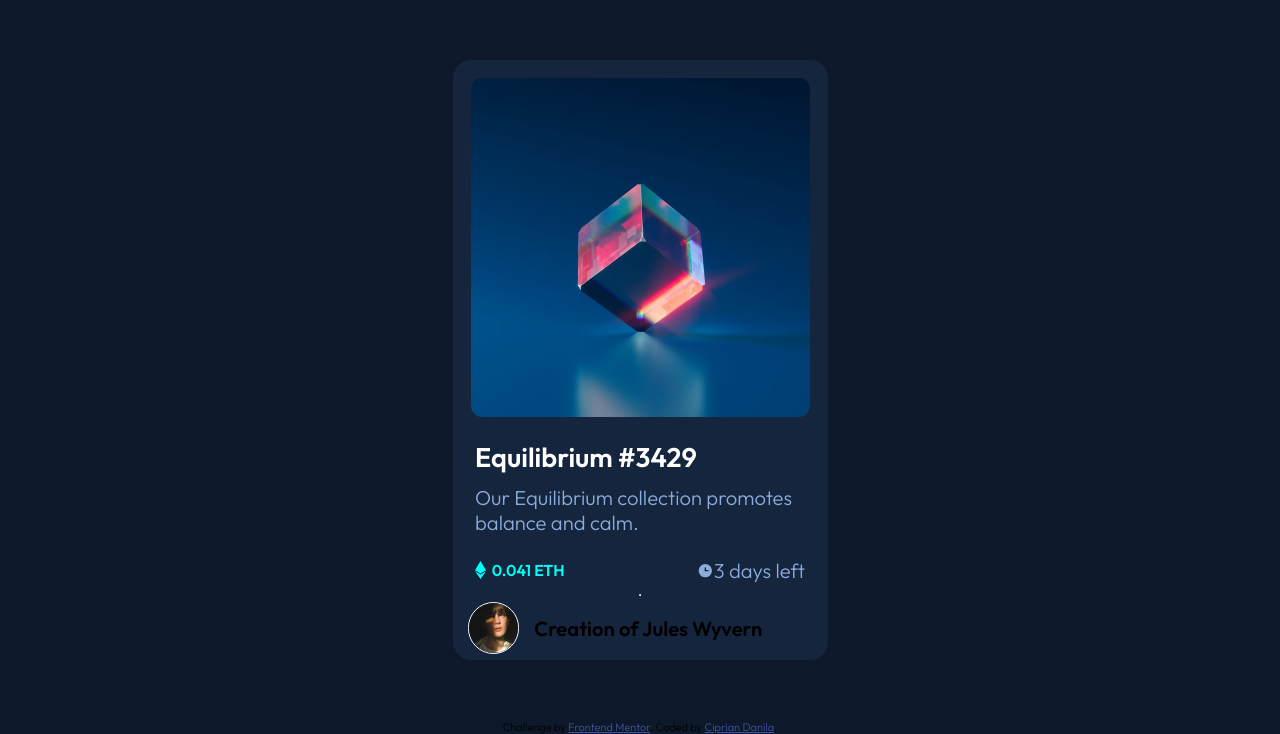
Repository: cipdanila/NFT-preview-card-component
Page: index.html
An editor plug-in stored every save of this project. The page is shown before and after the next save, followed by the edit.
The browser window is 1280 px wide. The pictures show the whole page.

Above is the page before, as saved 2024-01-31 17:01:27.

After the next save:
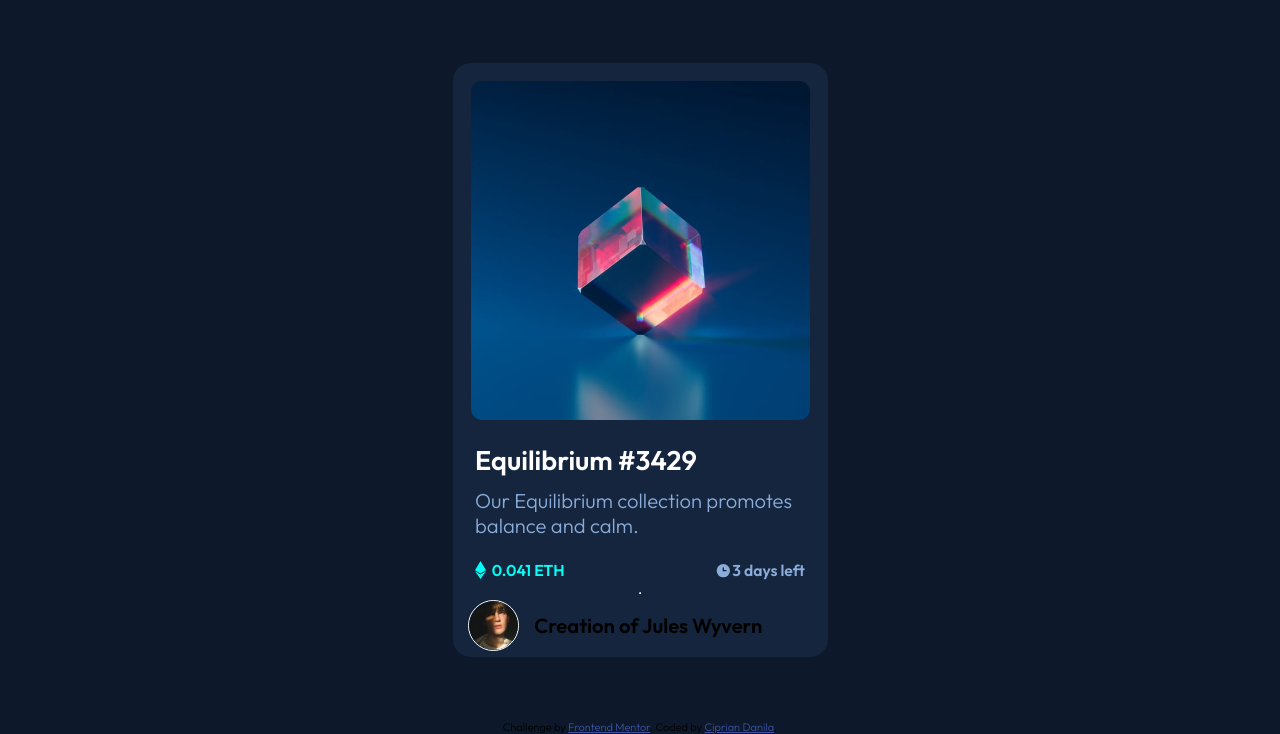
Saved 30 s later.
--- a/style.css
+++ b/style.css
@@ -95,6 +95,8 @@
     display: flex;
     align-items: center;
     color: var(--soft-blue);
+    font-size: 0.875rem;
+    font-weight: 600;
 }
 
 .owner {
